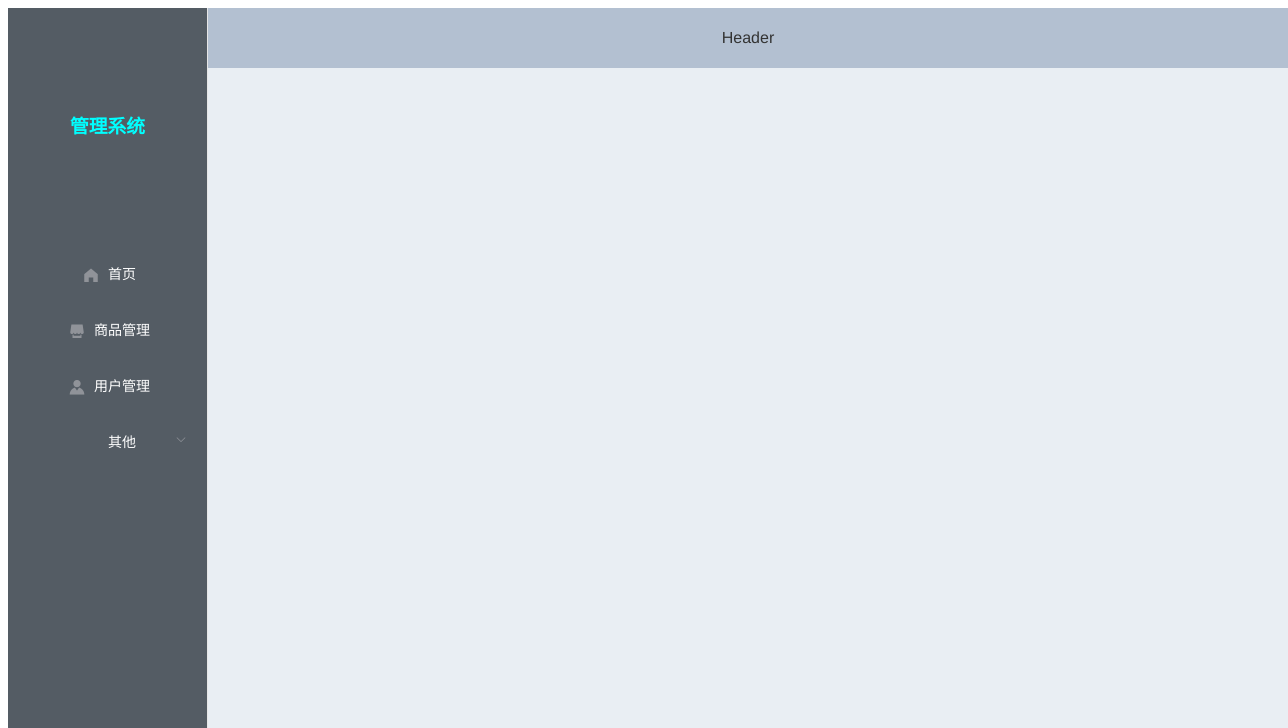
Repository: tkqi/manage
Page: /
The author's editor kept a copy of each file at every save. The page is drawn from the files as they stood at one save, then again after the next save.
The browser window is 1280 px wide. The page is 1288 px wide, so the pictures cover 1288 px, including what lies to the right of the window. The pictures show the whole page.
The project was rebuilt for these pictures with package versions that can differ from the ones it lists, and the page was loaded fresh each time. Also part of the build but not shown: vue.config.js.

Above is the page before, as saved 2023-12-01 14:12:23.

After the next save:
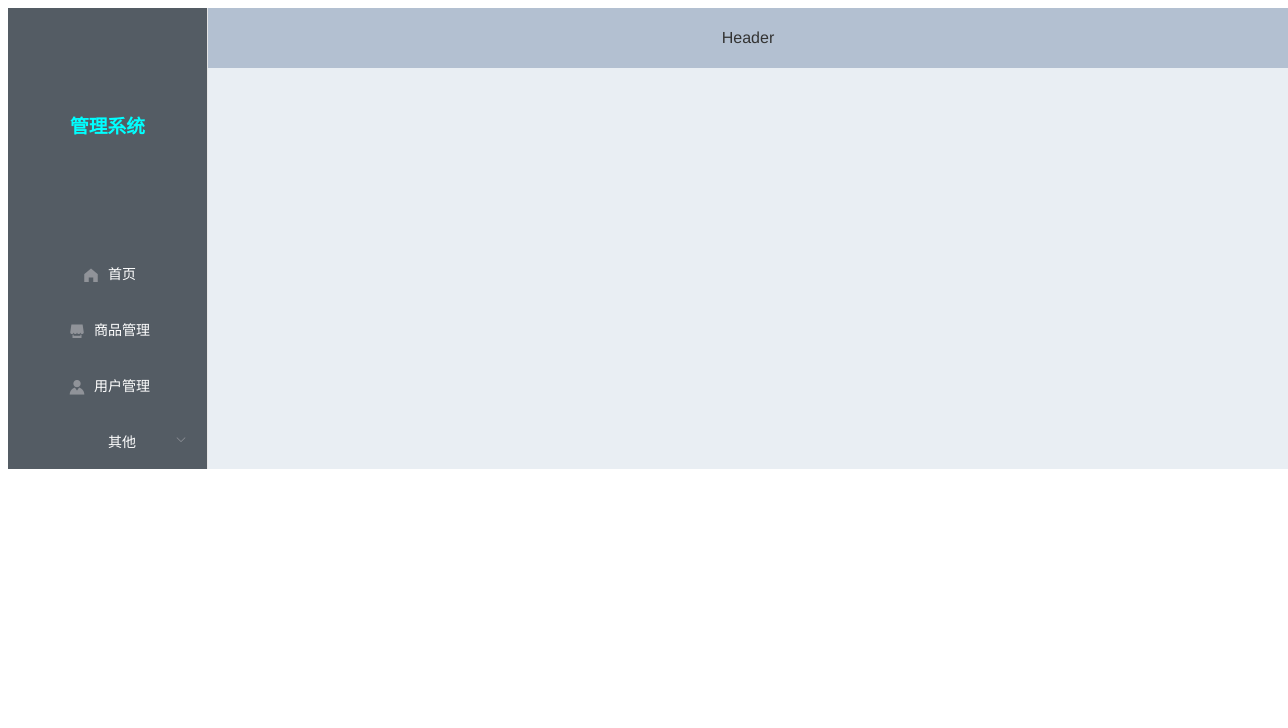
Saved 70 s later.
--- a/src/views/Main.vue
+++ b/src/views/Main.vue
@@ -1,7 +1,7 @@
 <!-- eslint-disable vue/multi-word-component-names -->
 <template>
-    <div class="container">
-        <el-container class="inside">
+    <div>
+        <el-container >
             <el-aside width="200px"><sidebar/></el-aside>
             <el-container>
                 <el-header>Header</el-header>
@@ -43,11 +43,4 @@ export default {
     text-align: center;
     line-height: 160px;
 }
-
-.container{
-    height: 100%;
-}
-.inside{
-    height: 100%;
-}
 </style>
